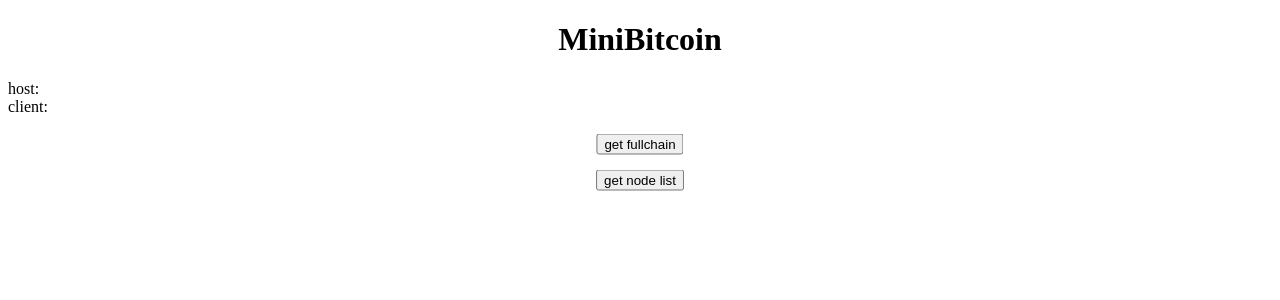
Repository: lam4562311/Minibitcoin
Page: http://localhost/
An editor plug-in stored every save of this project. The page is shown before and after the next save, followed by the edit.
The browser window is 1280 px wide. The pictures show the whole page.
Some web libraries are served in a nearby version. The page is served by the project's application, run on Flask 3 (bitcoin-5003.py).

Above is the page before, as saved 2022-04-08 23:13:00.
Console error: TypeError: Cannot set properties of null (setting 'innerHTML')

After the next save:
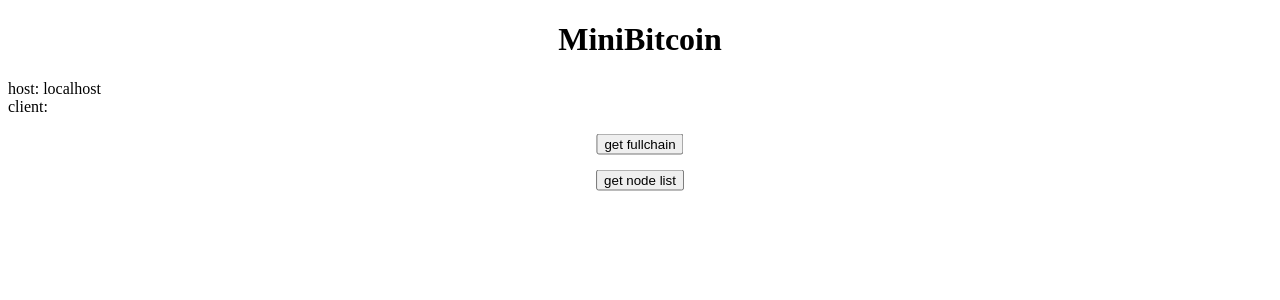
The error is gone.
Saved 5 s later.
--- a/templates/homepage.html
+++ b/templates/homepage.html
@@ -15,7 +15,7 @@
 
         <h1><center> MiniBitcoin </center></h1>
         <span> host:</span>
-        <span id="hostname"></span><br>
+        <span id="hostname_span"></span><br>
         <span>client:</span>
         <span id="client_id_span"></span><br>
 
